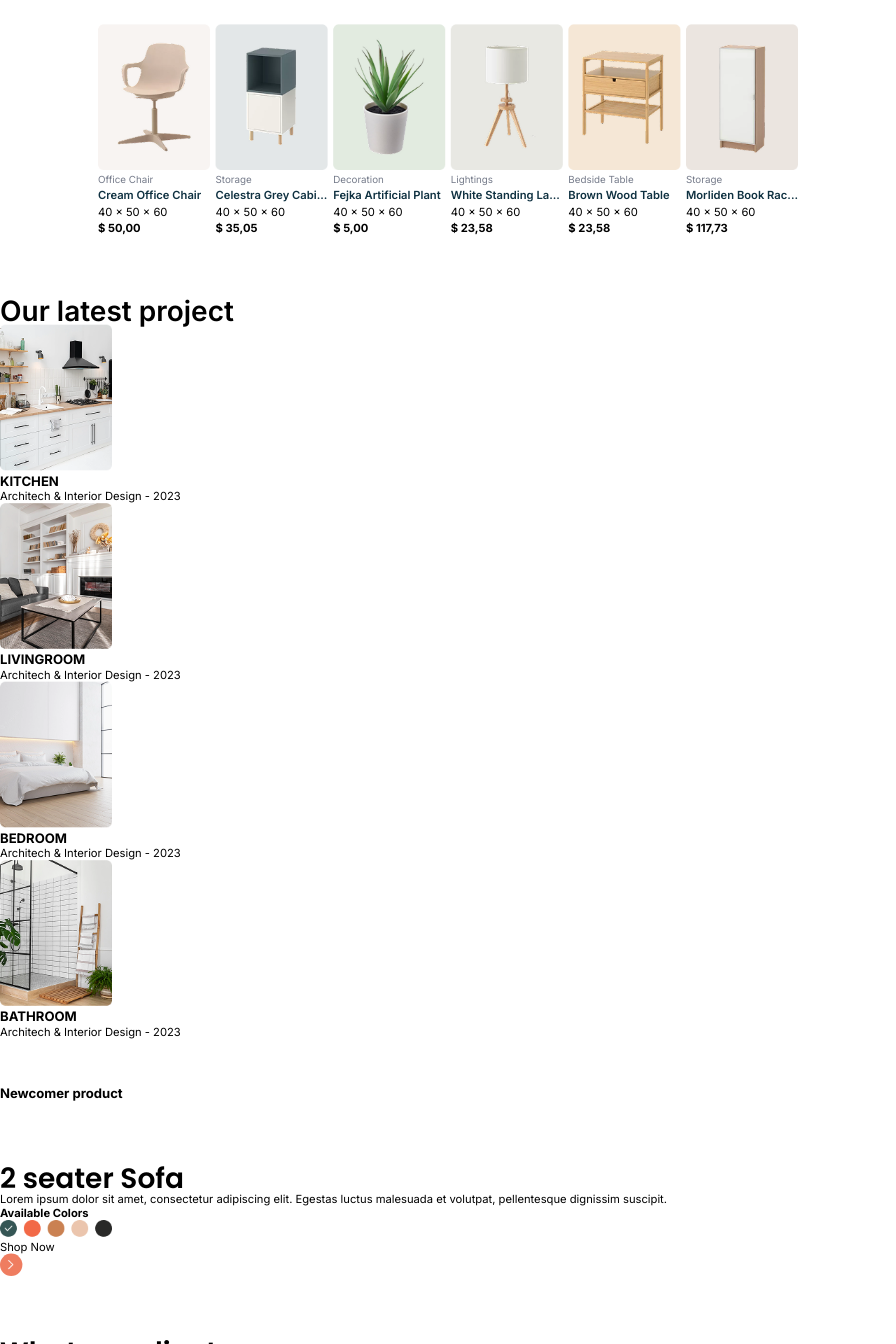
Repository: MatheusEich15/FrontEnd
Page: Prova 1 FrontEnd/Prova 1 FrontEnd/index.html
An editor plug-in stored every save of this project. The page is shown before and after the next save, followed by the edit.
The browser window is 1280 px wide. The pictures show the part of the page from y = 1937 to 3857 px (the page is 4783 px tall before and 4789 px after), at 70% of full size.

Above is the page before, as saved 2026-03-12 14:14:19.

### Prova 1 FrontEnd/Prova 1 FrontEnd/index.html
<!DOCTYPE html>

<html lang="en">

<head>
    <meta charset="UTF-8">
    <meta name="viewport" content="width=device-width, initial-scale=1.0">
    <title>Coca</title>
    <link rel="stylesheet" href="style.css">
    <!--  -->
</head>

<body>

    <header>

        <div id="links-header"> <!-- div para links do lado esquerdo -->
            <div id="logo-header"><img src="./assets/images/Logo-images/Logo.png" alt="Logo"></div>
            <nav>
                <ul>
                    <li><a href="#"><span>About</span></a></li>
                    <li><a href="#">Blog</a></li>
                    <li><a href="#">Contact</a></li>
                </ul>
            </nav>
        </div>
        <div id="btn-header"> <!-- div para links do lado direito -->
            <a id="sign-in-btn" href="#">Sign In</a>
            <button><img src="./assets/icons/Menu.png" alt="Menu"></button>
        </div>

    </header>

    <main>

        <section id="introduction"> <!-- Introdução ao site -->
            <div id="introduction-content">
                <h3>Explore any kind of furnitures</h3>
                <h1>Better Furniture <br>
                    Better Living</h1>
                <div id="introduction-btn">
                    <a href="#">Check our projects</a>
                    <div id="right-arrow"><img src="./assets/icons/Short Right Arrow.png" alt="Seta"></div>
                </div>
            </div>
        </section>

        <section id="about"> <!-- Sobre o site -->
            <div class="title">
                <h2>What we provide</h2>
            </div>
            <div id="about-items"> <!-- Informações básicas -->
                <div class="about-item">
                    <img src="./assets/icons/Home.png" alt="Ícone de Home">
                    <h3>10 years of experience <br>
                        in furniture business</h3>
                    <p>We’re already established since 2012, and <br>
                        in 10 years we have lots of positive <br>
                        reviews and achievements</p>
                    <div id="see-more-btn">
                        <a href="#">See more</a>
                        <img src="./assets/icons/Normal Right Arrow.png" alt="Seta">
                    </div>
                </div>
                <div class="about-item">
                    <img src="./assets/icons/Credit Card.png" alt="Ícone de Cartão de Crédito">
                    <h3>Afforable price with <br>
                        world class quality</h3>
                    <p>Our craftsmen have lots of experience <br>
                        dealing with crafting furnitures and some <br>
                        of them have world class quality</p>
                    <div id="see-more-btn">
                        <a href="#">See more</a>
                        <img src="./assets/icons/Normal Right Arrow.png" alt="Seta">
                    </div>
                </div>
                <div class="about-item">
                    <img src="./assets/icons/Thumbs Up.png" alt="Ícone de Polegares Para Cima">
                    <h3>Bring your ideas into <br>
                        a living product</h3>
                    <p>Besides you can buy the existing product, <br>
                        you can also consultate with us also to <br>
                        make your dream furniture</p>
                    <div id="see-more-btn">
                        <a href="#">See more</a>
                        <img src="./assets/icons/Normal Right Arrow.png" alt="Seta">
                    </div>
                </div>
            </div>
        </section>

        <section id="products"> <!-- Produtos disponíveis -->
            <div class="title-arrows">
                <h2>Best seller products</h2>
                <div class="title-btn">
                    <img src="./assets/icons/Normal Left Arrow Sells.png" alt="Seta">
                    <img src="./assets/icons/Normal Right Arrow Sells.png" alt="Seta">
                </div>
            </div>
            <div id="products-items">
                <div class="product-item">
                    <img src="./assets/images/Products-images/Cream Office Chair.png" alt="Cadeira de Escritório Cor Creme">
                    <p><span>Office Chair</span></p>
                    <h3>Cream Office Chair</h3>
                    <p>40 x 50 x 60</p>
                    <h4>$ 50,00</h4>
                </div>
                <div class="product-item">
                    <img src="./assets/images/Products-images/Celestra Grey Cabi.png" alt="Armário Pequeno Cor Cinza e Branco">
                    <p><span>Storage</span></p>
                    <h3>Celestra Grey Cabi...</h3>
                    <p>40 x 50 x 60</p>
                    <h4>$ 35,05</h4>
                </div>
                <div class="product-item">
                    <img src="./assets/images/Products-images/Fejka Artificial Plant.png" alt="Planta Artificial em Vaso Cor Cinza">
                    <p><span>Decoration</span></p>
                    <h3>Fejka Artificial Plant</h3>
                    <p>40 x 50 x 60</p>
                    <h4>$ 5,00</h4>
                </div>
                <div class="product-item">
                    <img src="./assets/images/Products-images/White Standing La.png" alt="Luminária Cor Branca">
                    <p><span>Lightings</span></p>
                    <h3>White Standing La...</h3>
                    <p>40 x 50 x 60</p>
                    <h4>$ 23,58</h4>
                </div>
                <div class="product-item">
                    <img src="./assets/images/Products-images/Brown Wood Table.png" alt="Mesa de Madeira Cor Marrom">
                    <p><span>Bedside Table</span></p>
                    <h3>Brown Wood Table</h3>
                    <p>40 x 50 x 60</p>
                    <h4>$ 23,58</h4>
                </div>
                <div class="product-item">
                    <img src="./assets/images/Products-images/Morliden Book Rac.png" alt="Armário Médio Moderno Cor Branca">
                    <p><span>Storage</span></p>
                    <h3>Morliden Book Rac...</h3>
                    <p>40 x 50 x 60</p>
                    <h4>$ 117,73</h4>
                </div>
            </div>
        </section>

        <section id="projects"> <!-- Demonstrações de projetos -->
            <div class="title">
                <h2><span>Our latest project</span></h2>
            </div>
            <div id="projects-items">
                <div class="project-item">
                    <img src="./assets/images/Projects-images/Kitchen.png" alt="Demonstração de Cozinha">
                    <h3>KITCHEN</h3>
                    <p>Architech & Interior Design - 2023</p>
                </div>
                <div class="project-item">
                    <img src="./assets/images/Projects-images/Livingroom.png" alt="Demonstração de Sala de Estar">
                    <h3>LIVINGROOM</h3>
                    <p>Architech & Interior Design - 2023</p>
                </div>
                <div class="project-item">
                    <img src="./assets/images/Projects-images/Bedroom.png" alt="Demonstração de Quarto">
                    <h3>BEDROOM</h3>
                    <p>Architech & Interior Design - 2023</p>
                </div>
                <div class="project-item">
                    <img src="./assets/images/Projects-images/Bathroom.png" alt="Demonstração de Banheiro">
                    <h3>BATHROOM</h3>
                    <p>Architech & Interior Design - 2023</p>
                </div>
            </div>
            <div id="project-btn"> <!-- Seta do Desktop para ver mais projetos -->
                <img src="./assets/icons/Normal Right Arrow Projects.png" alt="Seta">
            </div>
        </section>

        <section id="news"> <!-- Novidades -->
            <div id="news-content">
                <h3>Newcomer product</h3>
                <div class="title">
                    <h2>2 seater Sofa</h2>
                </div>
                <p>Lorem ipsum dolor sit amet, consectetur adipiscing elit. Egestas luctus malesuada et volutpat, pellentesque dignissim suscipit. </p>
                <div id="available-colors">
                    <h4>Available Colors</h4>
                    <img src="./assets/images/News-images/Available Colors.png" alt="Cores Disponíveis">
                </div>
                <div id="news-btn">
                    <a href="#">Shop Now</a>
                    <div id="right-arrow"><img src="./assets/icons/Short Right Arrow.png" alt="Seta"></div>
                </div>
            </div>
        </section>

        <section id="testimonials">
            <div class="title">
                <h2>What our clients say</h2>
                <div class="title-btn">
                    <img src="./assets/icons/Normal Left Arrow Sells.png" alt="Seta">
                    <img src="./assets/icons/Normal Right Arrow Sells.png" alt="Seta">
                </div>
            </div>
            <div id="testimonials-card">
                <img src="./assets/images/Testimonials-images/Testimonial Person.png" alt="Foto de pessoa">
                <img src="./assets/icons/Testimonial Person “.png" alt="Ícone de Aspas Duplas">
                <h3>As expected, 10 years
                    experience on furniture
                    business will not disappointing
                    at all</h3>
                <p>As they said, their 10 years of
                    experience in furniture and interior
                    business is real. They work it
                    professionally and friendly at the
                    same time and of course the results
                    is beyond my expectations.</p>
                <h4>Roy Rakabuming</h4>
                <div id="1-decorative">
                    <p>1</p>
                </div>
            </div>
        </section>

    </main>

    <footer>

        <div id="footer-top"> <!-- Parte superior à divisória do footer -->
            <div id="logo-footer"><img src="./assets/images/Logo-images/Logo.png" alt="Logo"></div>
            <div><h4>Better Furniture, Better Living</h4></div>
            <div id="footer-contact">
                <div id="address">
                    <div id="address-title">
                        <img src="./assets/icons/Pin.png" alt="Marcador">
                        <h4>Address</h4>
                    </div>
                    <p>7319 Wagon Lane Bradenton, FL 34203</p>
                </div>
                <div id="contact-us">
                    <div id="contact-us-title">
                        <img src="./assets/icons/Envelope.png" alt="Envelope">
                        <h4>Contact Us</h4>
                    </div>
                    <p>hellosansbrothers@gmail.com</p>
                </div>
            </div>
            <div id="footer-links"> <!-- Links do footer -->
                <nav id="footer-website">
                    <h2>Website</h2>
                    <ul>
                        <li><a href="#">Home</a></li>
                        <li><a href="#">About Us</a></li>
                        <li><a href="#">Services</a></li>
                        <li><a href="#">Contact Us</a></li>
                    </ul>
                </nav>
                <nav id="footer-products">
                    <h2>Products</h2>
                    <ul>
                        <li><a href="#">Tables</a></li>
                        <li><a href="#">Chairs</a></li>
                        <li><a href="#">Storages</a></li>
                        <li><a href="#">Decorations</a></li>
                    </ul>
                </nav>
            </div>
        </div>
        <div id="footer-bottom"> <!-- Parte inferior à divisória do footer -->
            <div id="copyrights">
                <p>© Sans Brothers</p>
            </div>
            <div id="footer-policy">
                <p>Privacy and Terms</p>
                <p>Legal Notice</p>
                <p>Languanges</p>
            </div>
            <div id="footer-media">
                <img src="./assets/icons/Facebook Logo.png" alt="Logo do Facebook">
                <img src="./assets/icons/Instagram Logo.png" alt="Logo do Intagram">
                <img src="./assets/icons/Twitter Logo.png" alt="Logo do Twitter">
                <img src="./assets/icons/Linkedin Logo.png" alt="Logo do Linkedin">
            </div>
        </div>

    </footer>

</body>

</html>

### Prova 1 FrontEnd/Prova 1 FrontEnd/style.css
@import url('https://fonts.googleapis.com/css2?family=Inter:ital,opsz,wght@0,14..32,100..900;1,14..32,100..900&family=Poppins:ital,wght@0,100;0,200;0,300;0,400;0,500;0,600;0,700;0,800;0,900;1,100;1,200;1,300;1,400;1,500;1,600;1,700;1,800;1,900&family=Raleway:ital,wght@0,100..900;1,100..900&display=swap');

:root {
    --p-font: Inter; /* Fonte de parágrafos */
    --h-font: Poppins; /* Fonte de Títulos */
    --i-font: Raleway; /* Fonte de informações */
    --white: #FFFFFF;
    --off-white: #FAF8F4;
    --blue: #0F3141;
    --black: #000000;
    --orange: #F16F4F;
    --lite-orange: #EF7D60;
    --grey: #757B8A;
}

* {
    margin: 0;
    padding: 0;
    font-family: var(--p-font);
}

li {
    list-style: none;
}

a {
    text-decoration: none;
    color: var(--black);
}

button {
    background-color: transparent;
    border: none;
}

header {
    margin: 0.75rem 1.25rem 0rem 1.25rem;
    display: flex;
    justify-content: space-between;
    align-items: center;
}

#links-header nav {
    display: none;
}

#btn-header a {
    display: none;
}

#introduction {
    background: linear-gradient(to bottom, var(--white) 0%, var(--white) 20%, transparent 100%), url(./assets/images/Instroduction-images/Introduction\ Background\ Image.png);
    background-position: bottom;
    background-repeat: no-repeat;
    background-size: auto 375px;
}

#introduction-content {
    margin-top: 4.813rem;
    color: var(--black);
    display: flex;
    flex-direction: column;
    align-items: center;
}

#introduction-content h3 {
    font-weight: 500;
    font-size: 0.875rem;
    line-height: 1.875rem;
    letter-spacing: 1%;
    text-transform: uppercase;
    text-align: center;
    color: var(--blue);
}

#introduction-content h1 {
    margin-top: 0.5rem;
    font-family: var(--h-font);
    font-weight: 600;
    font-size: 2.75rem;
    line-height: 3.25rem;
    letter-spacing: -3%;
    text-align: center;
}

#introduction-btn {
    width: 15.125rem;
    height: 3.5rem;
    margin-top: 1.5rem;
    background-color: var(--orange);
    display: flex;
    justify-content: center;
    align-items: center;
    gap: 1rem;
    border-radius: 0.25rem;
    margin-bottom: 12.875rem;
}

#right-arrow {
    width: 2rem;
    height: 2rem;
    border-radius: 100%;
    background-color: var(--lite-orange);
    display: flex;
    justify-content: center;
    align-items: center;
}

#introduction-btn a {
    color: var(--white);
    font-weight: 600;
    font-size: 1.125rem;
    line-height: 100%;
    letter-spacing: -1%;
}

#about {
    display: flex;
    flex-direction: column;
    align-items: center;
    background-color: var(--off-white);
}

.title h2 {
    font-family: var(--h-font);
    margin-top: 5.563rem;
    font-weight: 600;
    font-size: 2.5rem;
    line-height: 100%;
    letter-spacing: -3%;
}

#about-items {
    margin-top: 3.313rem;
    display: flex;
    flex-direction: column;
    align-items: center;
    gap: 3.75rem;
    margin-bottom: 3.938rem;
}

.about-item h3 {
    margin-top: 0.75rem;
    font-family: var(--h-font);
    font-weight: 600;
    font-size: 1.5rem;
    line-height: 2.125rem;
    letter-spacing: -2%;
}

.about-item p {
    margin-top: 1rem;
    color: var(--grey);
    font-weight: 400;
    font-size: 1rem;
    line-height: 1.75rem;
    letter-spacing: 1%;
}

#see-more-btn {
    margin-top: 1.5rem;
    display: flex;
    align-items: center;
    gap: 0.5rem;
}

#see-more-btn a {
    color: var(--orange);
    font-weight: 600;
    font-size: 0.875rem;
    line-height: 1.688rem;
    letter-spacing: 1%;
}

#products {
    display: flex;
    flex-direction: column;
    align-items: center;
}

.title-arrows {
    margin: 5rem 1.938rem 0rem 1.5rem;
    display: flex;
}

.title-arrows h2 {
    font-family: var(--h-font);
    font-weight: 600;
    font-size: 2.5rem;
    line-height: 3.25rem;
    letter-spacing: -3%;
}

.title-btn {
    display: flex;
    align-items: end;
    gap: 0.5rem;
    margin-bottom: 0.75rem;
}

.title-btn img {
    max-width: 2rem;
    max-height: 2rem;
}

#products-items {
    display: flex;
    flex-wrap: wrap;
    justify-content: center;
    gap: 0.5rem;
    margin-top: 3.063rem;
}

.product-item {
    display: flex;
    flex-direction: column;
    gap: 0.125rem;
    font-family: var(--i-font);
}

.product-item img {
    margin
}

.product-item p span {
    color: var(--grey);
    font-weight: 400;
    font-size: 0.875rem;
    line-height: 100%;
    letter-spacing: 1%;
}

.product-item h3 {
    color: var(--blue);
    font-weight: 600;
    font-size: 1rem;
    line-height: 1.5rem;
    letter-spacing: 0%;
}

After the next save:
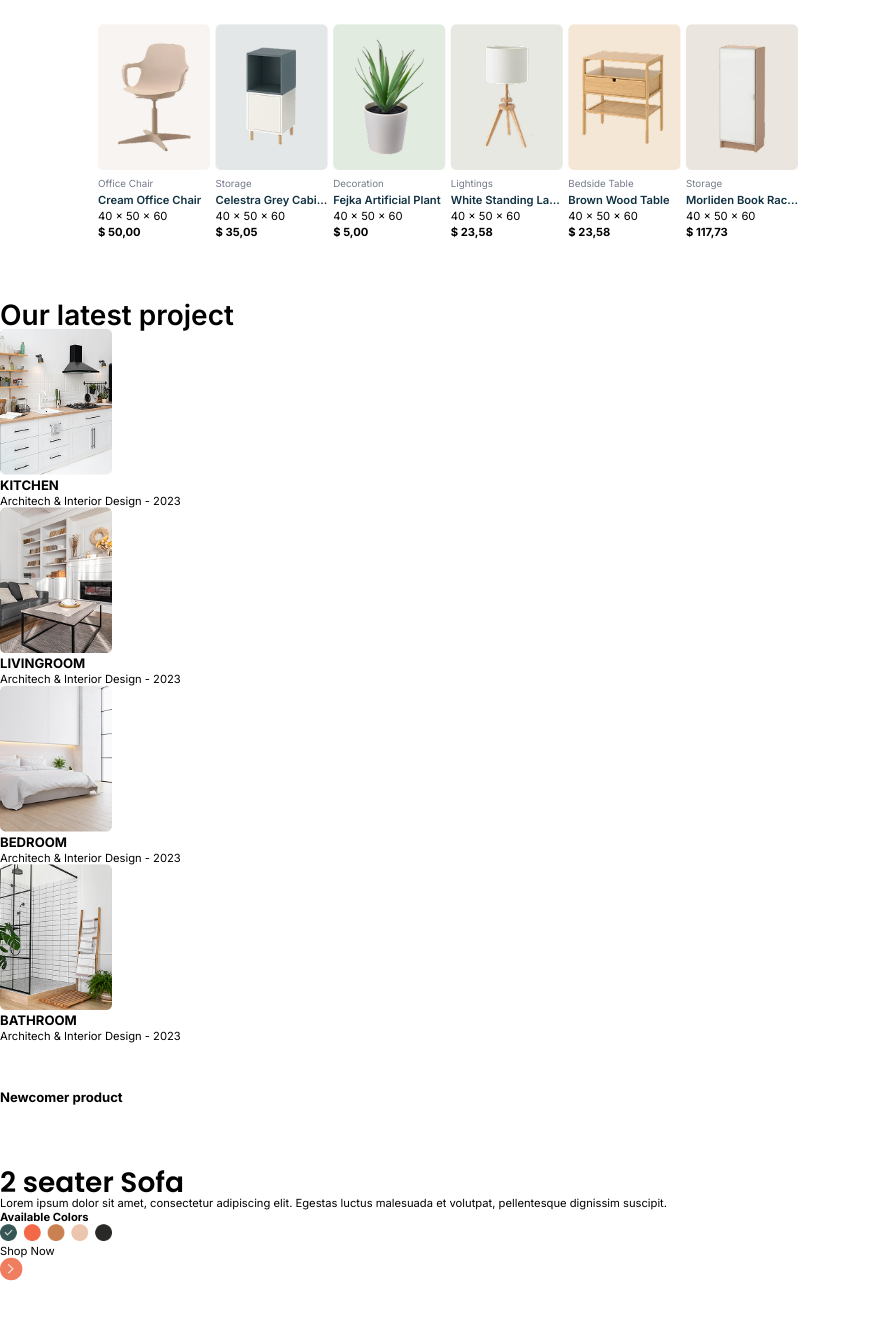
Saved 7 s later.
--- a/Prova 1 FrontEnd/Prova 1 FrontEnd/style.css
+++ b/Prova 1 FrontEnd/Prova 1 FrontEnd/style.css
@@ -219,7 +219,7 @@ header {
 }
 
 .product-item img {
-    margin
+    margin-bottom: 0.375rem;
 }
 
 .product-item p span {
